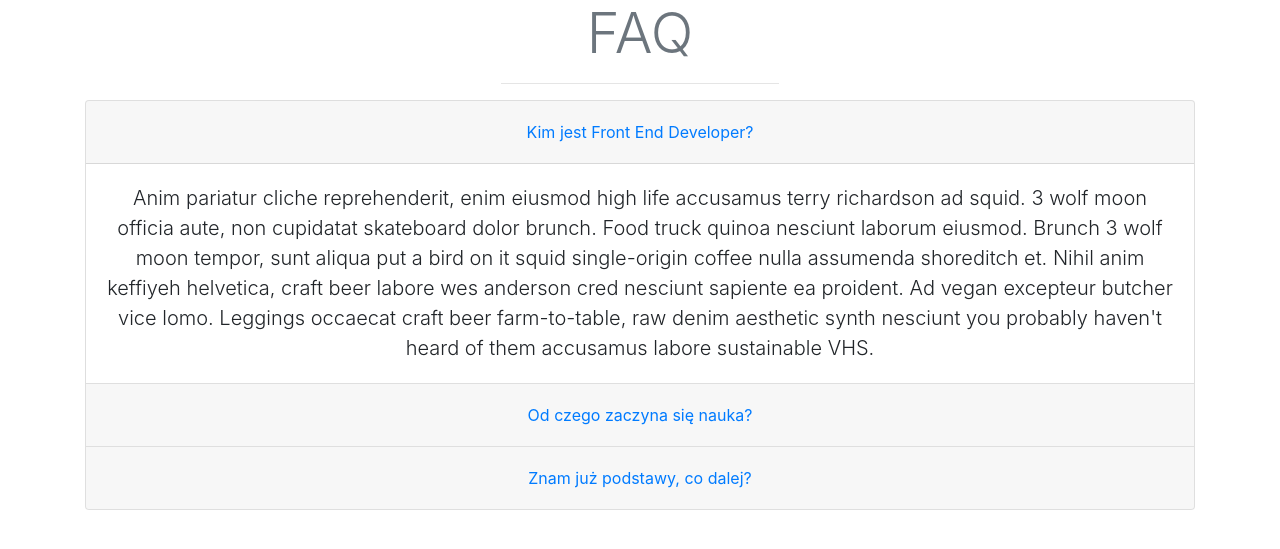
Repository: magdaf41/Bootstrap
Page: zadanie 2/index.html
An editor plug-in stored every save of this project. The page is shown before and after the next save, followed by the edit.
The browser window is 1280 px wide. The pictures show the whole page.

Above is the page before, as saved 2020-09-18 14:06:57.

After the next save:
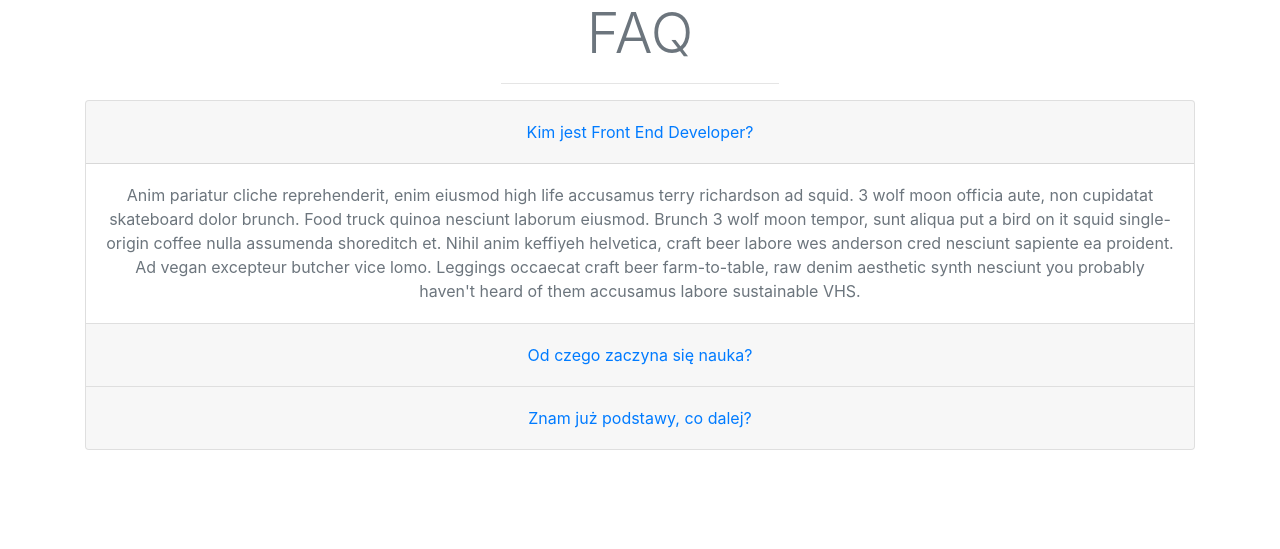
Saved 25 s later.
--- a/zadanie 2/index.html
+++ b/zadanie 2/index.html
@@ -33,7 +33,7 @@
 
                 <div id="collapseOne" class="collapse show" aria-labelledby="headingOne"
                     data-parent="#accordionExample">
-                    <div class="card-body lead">
+                    <div class="card-body text-muted">
                         Anim pariatur cliche reprehenderit, enim eiusmod high life accusamus terry richardson ad squid.
                         3
                         wolf moon officia aute, non cupidatat skateboard dolor brunch. Food truck quinoa nesciunt
